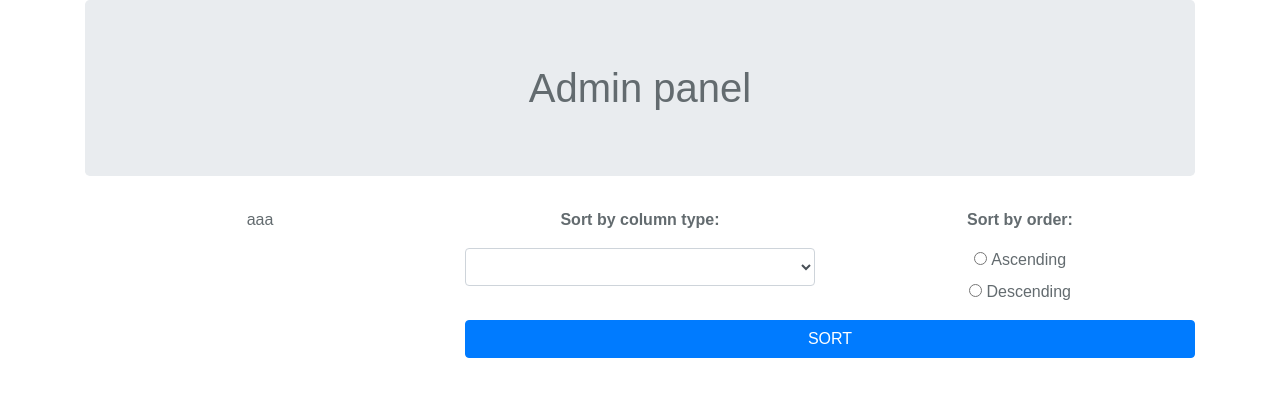
Repository: WOLVGVNG/gameclan
Page: resources/views/admin_panel.blade.php
The author's editor kept a copy of each file at every save. The page is drawn from the files as they stood at one save, then again after the next save.
The browser window is 1280 px wide. The pictures show the whole page.
The page is served by the project's Laravel application, run on PHP 8.4 with Laravel 8. The template is opened directly, without the code that normally fills it, so the values that code supplies are empty.

Above is the page before, as saved 2019-03-19 23:05:26.

After the next save:
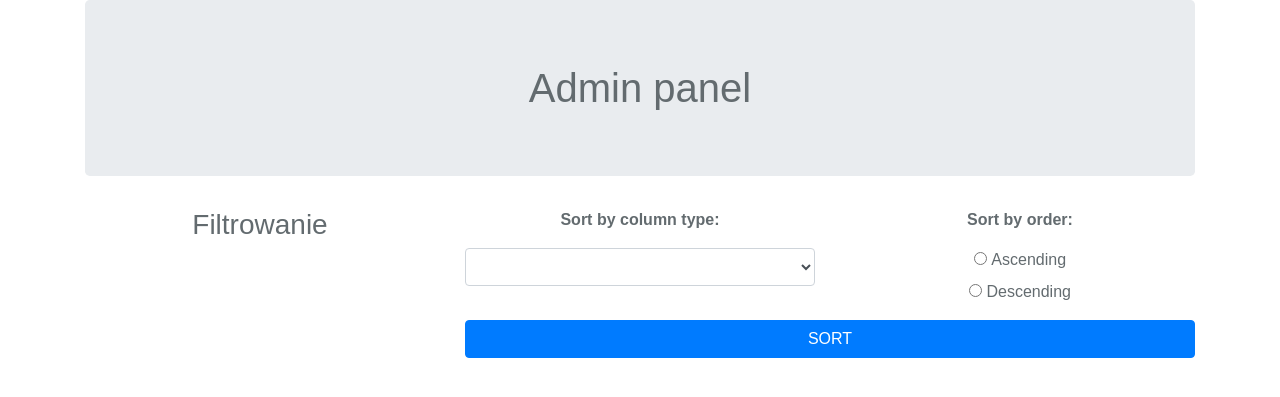
Saved 29 s later.
--- a/resources/views/admin_panel.blade.php
+++ b/resources/views/admin_panel.blade.php
@@ -5,7 +5,7 @@
     <form action='/' method='GET'>
         <div class='row'>
             <div class='col-md-4'>
-                <p>aaa</p>
+                <h3>Filtrowanie</h3>
             </div>
             <div class='col-md-8'>
                 <div class='row'>
